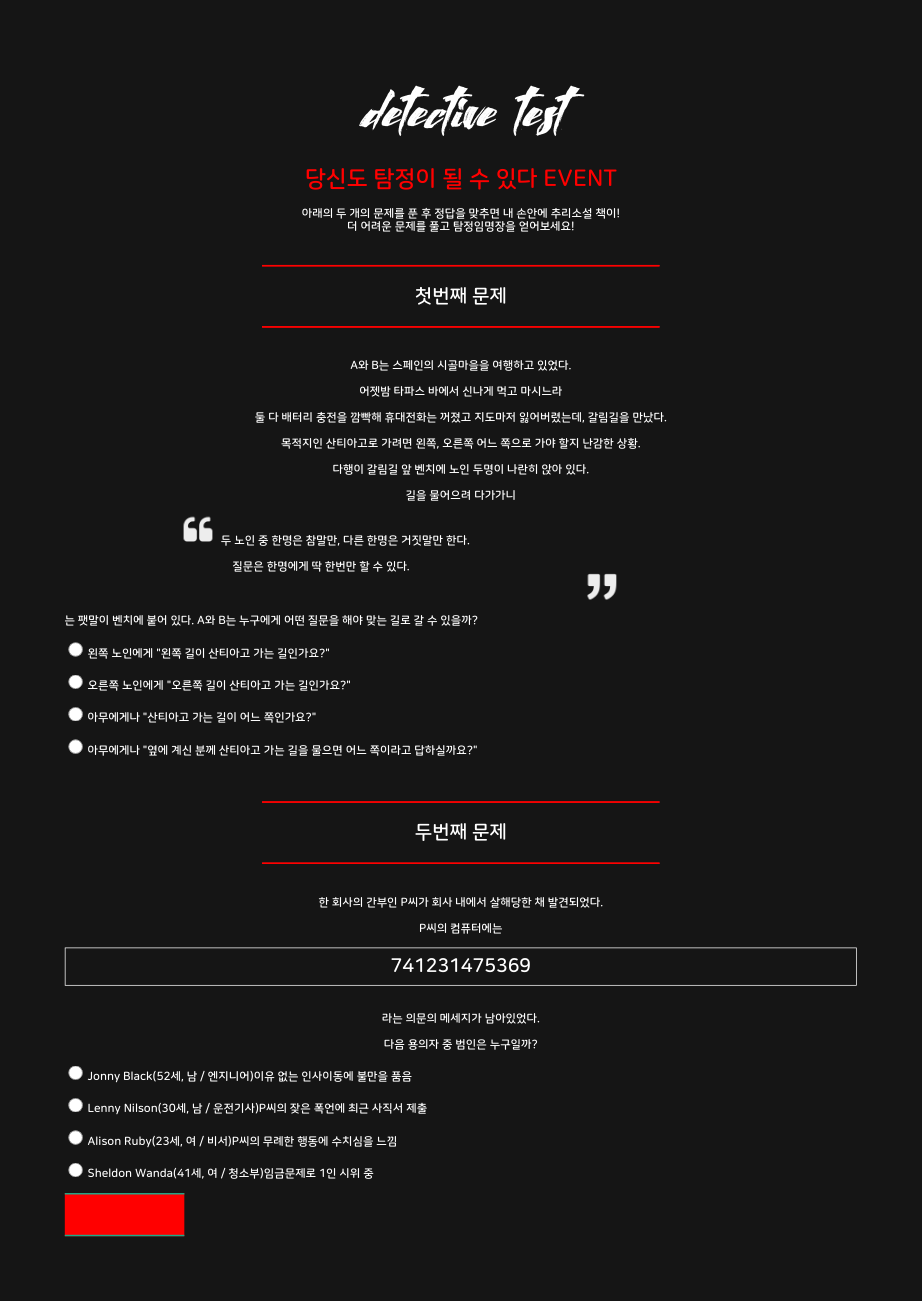
Repository: minkyung0421/Event_Project
Page: http://localhost/Event/quiz.jsp
These files come from the project's save history. The page is drawn as it stood at one moment and after the next save; the edit follows.
The browser window is 1280 px wide. The pictures show the whole page, at 72% of full size.
The pointer rests on the first visible `button`.
The page is served by Tomcat 9.

Above is the page before, as saved 2018-09-04 07:40:15.

### Event_Project/Event/WebContent/quiz.jsp
<%@ page language="java" contentType="text/html; charset=UTF-8"
    pageEncoding="UTF-8"%>
<!DOCTYPE html PUBLIC "-//W3C//DTD HTML 4.01 Transitional//EN" "http://www.w3.org/TR/html4/loose.dtd">
<html>
<head>
<meta http-equiv="Content-Type" content="text/html; charset=UTF-8">
<title>EVENT</title>
<style>
@font-face{
	font-family: 'Calligraphy Personal Use'; src:url('font/Calligraphy Personal Use.ttf');
}
@font-face{font-family:'NANUMSQUAREROUNDL'; src:url('font/NANUMSQUAREROUNDL.TTF')}
@font-face{font-family:'NANUMSQUAREROUNDB'; src:url('font/NANUMSQUAREROUNDB.TTF')}

body{
	margin:7%;
	padding:0px;
	font-family:'NANUMSQUAREROUNDB';
	background-color: #151515;
	color: white;
}

button{
  background:#1AAB8A;
  color:#fff;
  border:none;
  position:relative;
  height:60px;
  font-size:1.6em;
  padding:0 2em;
  cursor:pointer;
  transition:800ms ease all;
  outline:none;
}
button:hover{
  background:red;
  color:red;
}
button:before,button:after{
  content:'';
  position:absolute;
  top:0;
  right:0;
  height:2px;
  width:0;
  background: #1AAB8A;
  transition:400ms ease all;
}
button:after{
  right:inherit;
  top:inherit;
  left:0;
  bottom:0;
}
button:hover:before,button:hover:after{
  width:100%;
  transition:800ms ease all;
}

</style>
</head>
<style>
</style>
<body>
<form action = "quiz_result.jsp" method="post">
<center><div style = "font-family: Calligraphy Personal Use; font-size: 90pt; margin-top:5%">detective test</div></center>

<center><h1 style = "color:red">당신도 탐정이 될 수 있다 EVENT</h1>
<div style = "color: white;">아래의 두 개의 문제를 푼 후 정답을 맞추면 내 손안에 추리소설 책이! <br>
더 어려운 문제를 풀고 탐정임명장을 얻어보세요!</div>
<br><br>
<hr color="red" style = "width: 50%">
<br>
<div style = "font-size: 20pt;">첫번째 문제</div>
<br>
<hr color="red" style = "width: 50%">
<br>
<br>
</center>
<center>
A와 B는 스페인의 시골마을을 여행하고 있었다. <br><br>
어젯밤 타파스 바에서 신나게 먹고 마시느라 <br><br> 둘 다 배터리 충전을 깜빡해
휴대전화는 꺼졌고 지도마저 잃어버렸는데, 갈림길을 만났다.<br><br>
목적지인 산티아고로 가려면 왼쪽, 오른쪽 어느 쪽으로 가야 할지 난감한 상황. <br><br>
다행이 갈림길 앞 벤치에 노인 두명이 나란히 앉아 있다. <br><br>길을 물어으려 다가가니<br><br> </center>
<div style = "margin-left:15%;"><img src ="img/quote-left.png" widt=40px height=40px>&nbsp;&nbsp;
두 노인 중 한명은 참말만, 다른 한명은 거짓말만 한다.<br><br>&nbsp;&nbsp;&nbsp;&nbsp;&nbsp;&nbsp;&nbsp;
&nbsp;&nbsp;&nbsp;&nbsp;&nbsp;&nbsp;&nbsp;&nbsp;&nbsp;질문은 한명에게 딱 한번만 할 수 있다.<br><img src ="img/right-quote-sign.png" widt=40px height=40px style = "margin-left:60%;"></div><br>
는 팻말이 벤치에 붙어 있다. A와 B는 누구에게 어떤 질문을 해야 맞는 길로 갈 수 있을까?<br><br>


	<label><input type = "radio" name = "quiz1" value = "1" style="width:20px;height:20px;"> 왼쪽 노인에게 "왼쪽 길이 산티아고 가는 길인가요?"</label><br><br>
	<label><input type = "radio" name = "quiz1" value = "2" style="width:20px;height:20px;"> 오른쪽 노인에게 "오른쪽 길이 산티아고 가는 길인가요?"</label><br><br>
	<label><input type = "radio" name = "quiz1" value = "3" style="width:20px;height:20px;"> 아무에게나 "산티아고 가는 길이 어느 쪽인가요?"</label><br><br>
	<label><input type = "radio" name = "quiz1" value = "4" style="width:20px;height:20px;"> 아무에게나 "옆에 계신 분께 산티아고 가는 길을 물으면 어느 쪽이라고 답하실까요?"</label><br><br>

<center>
<br><br>
<hr color="red" style = "width: 50%; ">
<br>
<div style = "font-size: 20pt;">두번째 문제</div>
<br>
<hr color="red" style = "width: 50%;">
<br>
<br>
한 회사의 간부인 P씨가 회사 내에서 살해당한 채 발견되었다.<br><br>
P씨의 컴퓨터에는<br><br>
 <div style="border:1px solid; padding:10px; font-size: 20pt"> 741231475369 </div><br><br>
 라는 의문의 메세지가 남아있었다.<br><br>
 다음 용의자 중 범인은 누구일까? <br><br>
 </center>
	<label><input type = "radio" name = "quiz2" value = "1" style="width:20px;height:20px;"> Jonny Black(52세, 남 / 엔지니어)이유 없는 인사이동에 불만을 품음</label><br><br>
	<label><input type = "radio" name = "quiz2" value = "2" style="width:20px;height:20px;"> Lenny Nilson(30세, 남 / 운전기사)P씨의 잦은 폭언에 최근 사직서 제출</label><br><br>
	<label><input type = "radio" name = "quiz2" value = "3" style="width:20px;height:20px;"> Alison Ruby(23세, 여 / 비서)P씨의 무례한 행동에 수치심을 느낌</label><br><br>
	<label><input type = "radio" name = "quiz2" value = "4" style="width:20px;height:20px;"> Sheldon Wanda(41세, 여 / 청소부)임금문제로 1인 시위 중</label><br><br>


	<button>hover</button>
</form>

</body>
</html>

After the next save:
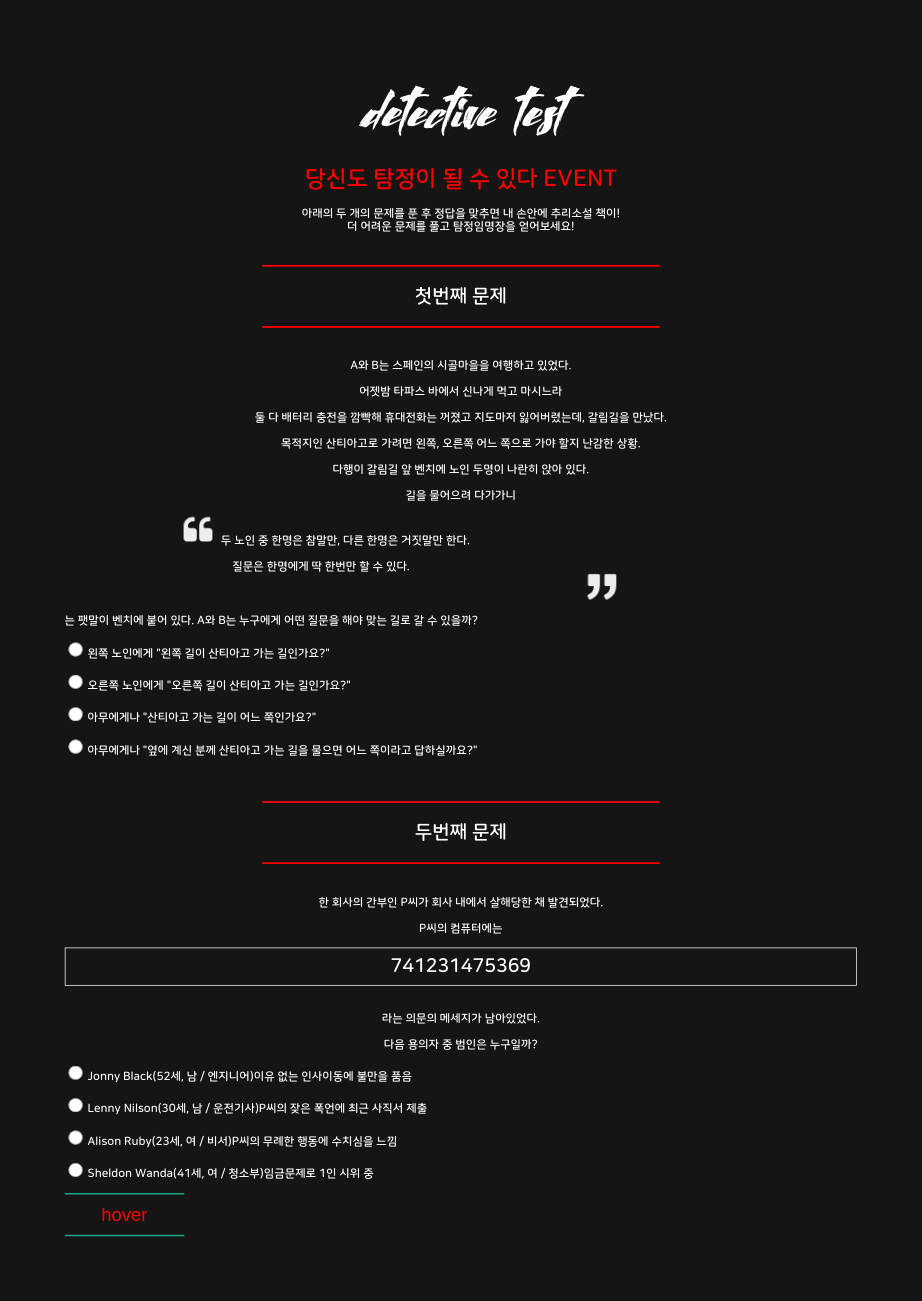
Saved 20 s later.
--- a/Event_Project/Event/WebContent/quiz.jsp
+++ b/Event_Project/Event/WebContent/quiz.jsp
@@ -33,7 +33,7 @@ button{
   outline:none;
 }
 button:hover{
-  background:red;
+  background:#151515;
   color:red;
 }
 button:before,button:after{
